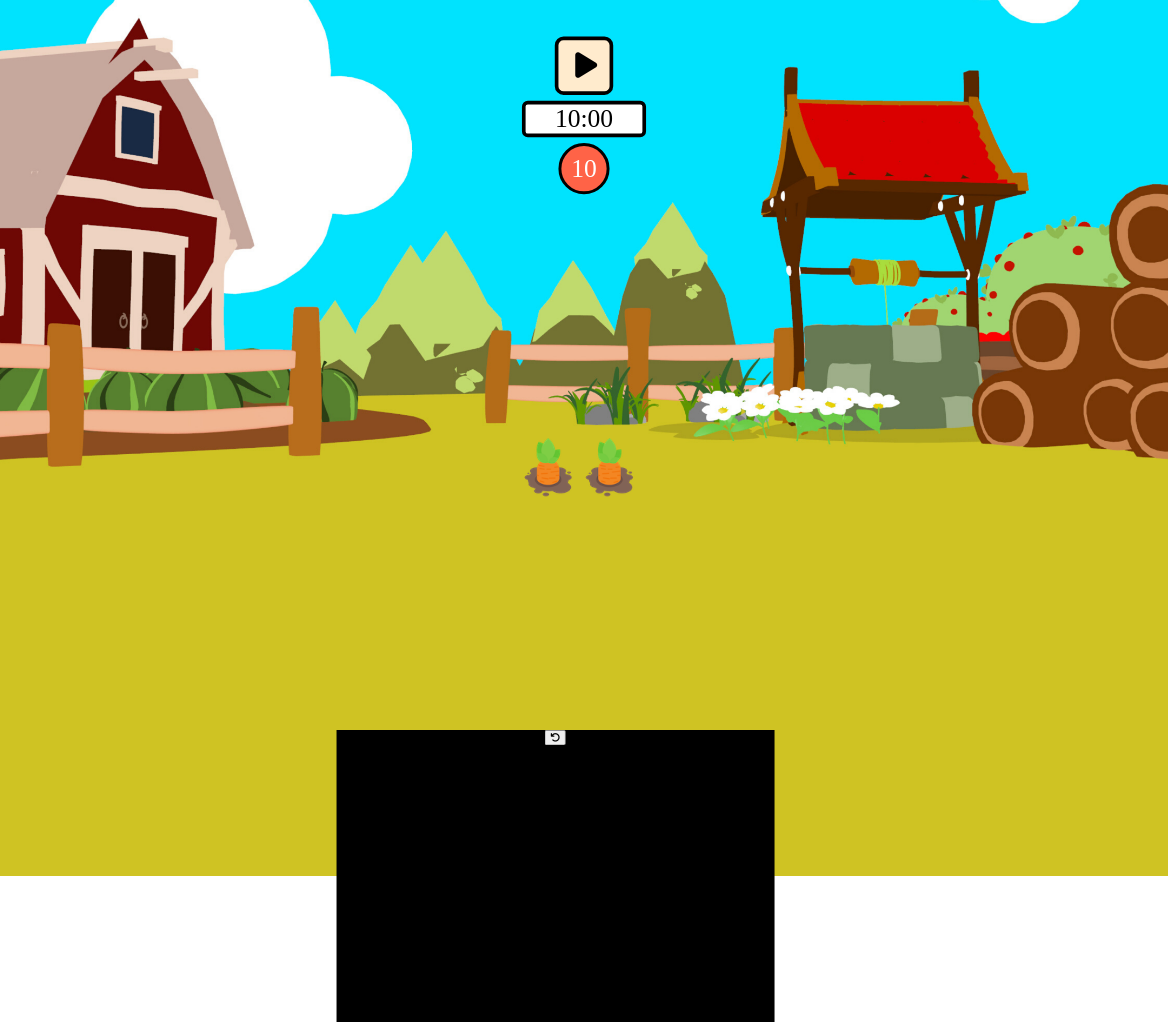
Repository: keehoonjung/Bug-Game
Page: index.html
The author's editor kept a copy of each file at every save. The page is drawn from the files as they stood at one save, then again after the next save.
The browser window is 1280 px wide. The page is 1600 px wide, so the pictures cover 1600 px, including what lies to the right of the window. The pictures show the whole page, at 73% of full size.
Some web libraries are served in a nearby version.

Above is the page before, as saved 2021-08-10 11:04:12.

### index.html
<!DOCTYPE html>
<html lang="en">
<head>
    <meta charset="UTF-8">
    <meta http-equiv="X-UA-Compatible" content="IE=edge">
    <meta name="viewport" content="width=device-width, initial-scale=1.0">
    <title>Document</title>
    <link rel="stylesheet" href="style.css">
    <script src="main.js"></script>
    <script src="https://kit.fontawesome.com/a7a8d59961.js" crossorigin="anonymous"></script>
</head>
<body>
    <section class="container">
        <section class="header">
            <button class="play__btn">
                <i class="fas fa-play"></i>
            </button>
            <div class="timer">
                10:00
            </div>
            <div class="count">10</div>
        </section>
        <section class="playground">
            <img src="./img/carrot.png" alt="carrot">
            <img src="./img/carrot.png" alt="carrot">
        </section>
        <div class="popup">
            <button class="retry">
                <i class="fas fa-undo"></i>
            </button>
            <div class="message">YOU LOST</div>
        </div>
    </section>
</body>
</html>

### style.css
* {
  box-sizing: border-box;
}

body {
  margin: 0;
  text-align: center;
}

button {
}
.container {
  background: center/ cover no-repeat url(/img/background.png);
  width: 1600px;
  height: 1200px;
  margin: auto;
}

.header {
  height: 600px;
  padding-top: 50px;
}

.play__btn {
  width: 80px;
  height: 80px;
  background-color: blanchedalmond;
  font-size: 40px;
  border: 5px solid black;
  border-radius: 12px;
  padding-left: 12px;
  margin-bottom: 8px;
}

.timer {
  margin: auto;
  width: 170px;
  height: 50px;
  border: 5px solid black;
  border-radius: 8px;
  font-size: 35px;
  background-color: white;
  margin-bottom: 8px;
}

.count {
  margin: auto;
  width: 70px;
  height: 70px;
  background-color: tomato;
  border: 4px solid black;
  border-radius: 50%;
  font-size: 35px;
  padding: 11px 0;
  color: white;
}

.playground {
  height: 600px;
  width: 100%;
}

.popup {
  position: absolute;
  top: 1000px;
  left: 36%;
  width: 600px;
  height: 400px;
  background-color: black;
}

Loaded but not shown: main.js (no copy from this time; the picture is the same without it)

After the next save:
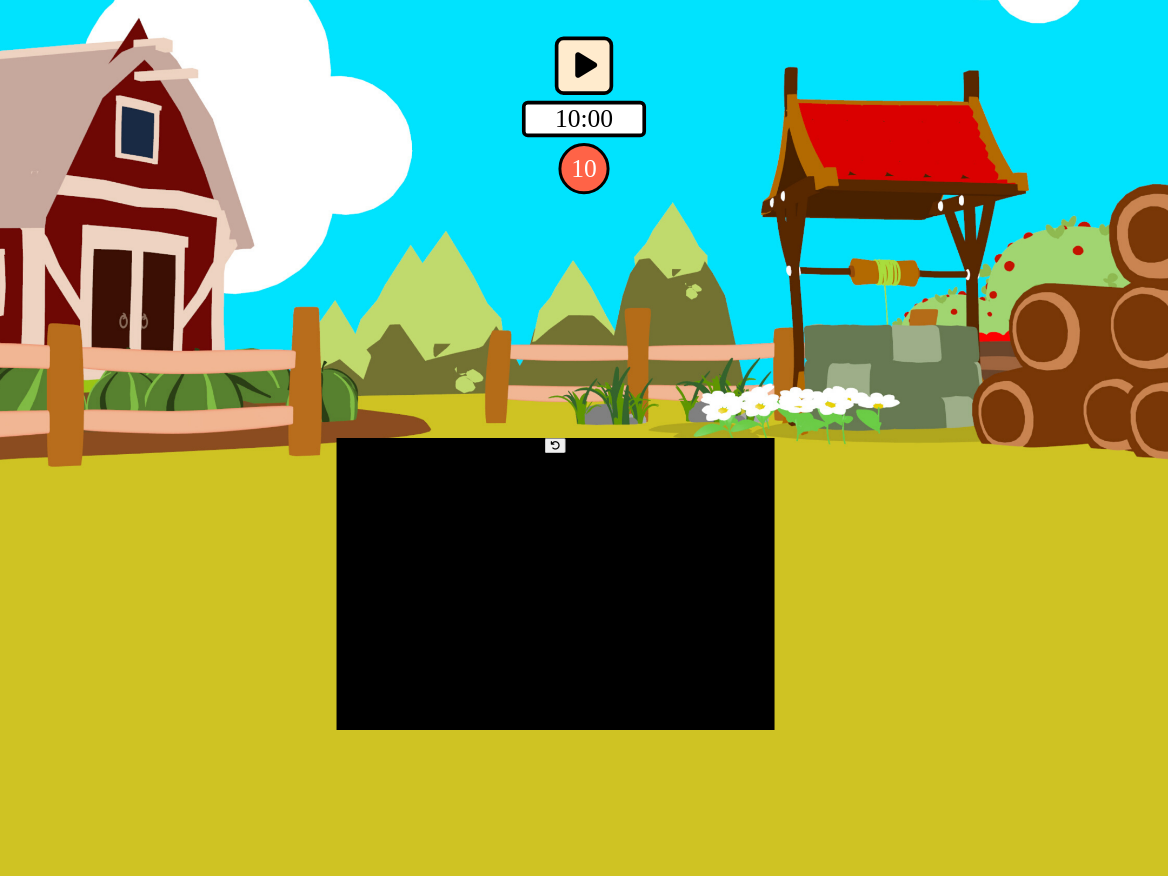
Saved 4 s later.
--- a/style.css
+++ b/style.css
@@ -62,7 +62,7 @@ button {
 
 .popup {
   position: absolute;
-  top: 1000px;
+  top: 600px;
   left: 36%;
   width: 600px;
   height: 400px;
